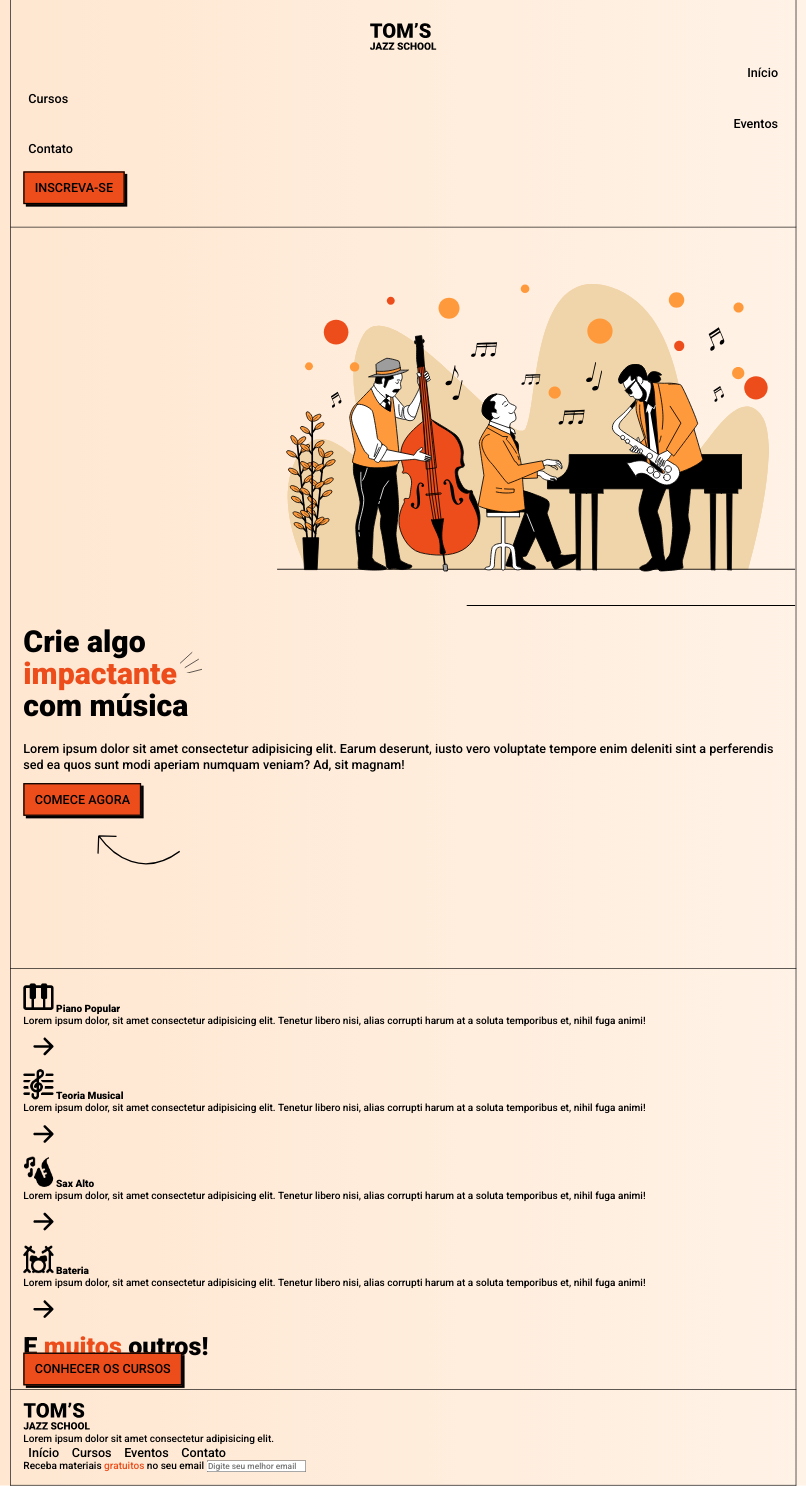
Repository: tenoriodasilva31/OBC-Music-School
Page: index.html
The author's editor kept a copy of each file at every save. The page is drawn from the files as they stood at one save, then again after the next save.
The browser window is 1280 px wide. The pictures show the whole page, at 63% of full size.

Above is the page before, as saved 2023-07-05 17:38:31.

### index.html
<!DOCTYPE html>
<html lang="pt-BR">
<head>
    <meta charset="UTF-8">
    <meta name="viewport" content="width=device-width, initial-scale=1.0">
    <title>Tom's Jazz School</title>

    <link rel="preconnect" href="https://fonts.googleapis.com">
    <link rel="preconnect" href="https://fonts.gstatic.com" crossorigin>

    <link rel="stylesheet" href="index.css">

    <link href="https://fonts.googleapis.com/css2?family=Roboto:wght@500;900&display=swap" rel="stylesheet">
</head>
<body>
    <header>
        <img src="./img/logo.svg" alt="Tom's School">
        <nav class="mt-1 nx-auto">
            <a href="#">Início</a>
            <a href="#">Cursos</a>
            <a href="#">Eventos</a>
            <a href="#">Contato</a>
        </nav>
        <button href="#" class="button mt-1 mb-1 nx-auto">Inscreva-se</button>
    </header>
    <main>
        <section class="hero-section">
            <img src="/img/hero-img.svg" alt="Banda de jazz se apresentando">
            <div>
                <h1 class="mt-2">Crie algo <span class="text-primary decoration">impactante</span> com música</h1>
                <p class="mt-2 mb-2">Lorem ipsum dolor sit amet consectetur adipisicing elit. Earum deserunt, iusto vero voluptate tempore enim deleniti sint a perferendis sed ea quos sunt modi aperiam numquam veniam? Ad, sit magnam!</p>
                <a href="#" class="button mt-1 mb-1 nx-auto">Comece agora</a>
            </div>
        </section>
        <section class="courses-section">
            <div class="cards">
            <article>

                <img src="/img/piano.png" alt="icone de teclas de piano">
                <strong>Piano Popular</strong>
                <p>Lorem ipsum dolor, sit amet consectetur adipisicing elit. Tenetur libero nisi, alias corrupti harum at a soluta temporibus et, nihil fuga animi!</p>
                <a href="#">
                    <img src="/img/arrow-right.svg" alt="Ir para página do curso">
                </a>
            </article>
            <article>
                <img src="/img/clef.png" alt="icone clave">
                <strong>Teoria Musical</strong>
                <p>Lorem ipsum dolor, sit amet consectetur adipisicing elit. Tenetur libero nisi, alias corrupti harum at a soluta temporibus et, nihil fuga animi!</p>
                <a href="#">
                    <img src="/img/arrow-right.svg" alt="Ir para página do curso">
                </a>
            </article>
            <article>
                <img src="/img/sax.png" alt="icone de teclas de piano">
                <strong>Sax Alto</strong>
                <p>Lorem ipsum dolor, sit amet consectetur adipisicing elit. Tenetur libero nisi, alias corrupti harum at a soluta temporibus et, nihil fuga animi!</p>
                <a href="#">
                    <img src="/img/arrow-right.svg" alt="Ir para página do curso">
                </a>
            </article>
            <article>
                <img src="/img/drums.png" alt="icone de teclas de piano">
                <strong>Bateria</strong>
                <p>Lorem ipsum dolor, sit amet consectetur adipisicing elit. Tenetur libero nisi, alias corrupti harum at a soluta temporibus et, nihil fuga animi!</p>
                <a href="#">
                    <img src="/img/arrow-right.svg" alt="Ir para página do curso">
                </a>
            </article>
            </div>
            <h2>E <span class="text-primary">muitos</span> outros!</h2>
            <a href="#" class="button">Conhecer os cursos</a>
        </section>
    </main>

    <footer>
        <div>
            <img src="/img/logo.svg" alt="Tom's School">
            <p>Lorem ipsum dolor sit amet consectetur adipisicing elit. </p>
        </div>
        <nav>
            <a href="#">Início</a>
            <a href="#">Cursos</a>
            <a href="#">Eventos</a>
            <a href="#">Contato</a>
        </nav>
        <form>
            <label for="email">Receba materiais <span class="text-primary">gratuitos</span> no seu email</label>
            <input type="text" name="email" id="email" placeholder="Digite seu melhor email">
        </form>
    </footer>
</body>
</html>

### index.css
* {
    box-sizing: border-box;
    font-family: 'Roboto', sans-serif;
    margin: 0;
    padding: 0;
}

:root {
    --color-primary: #ED4D1B;
    --color-secondary: #FF9a3c;
    --color-black: #000;
    --color-white: #FFF;
}

body {
    background: linear-gradient(90deg, #ffe7d1 0%, #FFF2e6 100%);
    padding: 0 1rem;
}

header,.hero-section, .courses-section, footer {
    border-color: var(--color-black);
    border-style: solid;
    border-width: 0 1px 1px 1px;
    padding: 1.25rem;
}

header img {
    display: block;
    margin: 1rem auto;
}

header nav {
    display: grid;
    grid-template-columns: 1fr, 1fr;
}

nav a {
    color: var(--color-black);
    font-size: 1.25rem;
    padding: .5rem;
    text-decoration: none;
}

header nav a:nth-child(2n-1) {
    text-align: right;
}

.button {
    background-color: var(--color-primary);
    border: 2px solid var(--color-black);
    box-shadow: 4px 4px 0 var(--color-black);
    color: var(--color-black);
    display: black;
    font-size: 1.25rem;
    padding: .75rem 1rem;
    max-width: 14rem;
    text-align: center;
    text-decoration: none;
    text-transform: uppercase;
}

.hero-section {
    padding-right: 0;
    padding-bottom: 16rem;

}

.hero-section img {
    display: block;
    margin: 1.25rem 0 0 auto;
    max-width: 100%;
}

h1 {
    font-size: 3rem;
    line-height: 105%;
}

h2 {
    font-size: 2.5rem;
}

.hero-section p {
    font-size: 1.25rem;
    padding-right: 1.25rem;
}

.hero-section .button {
    position: relative;

}

.hero-section .button::after {
    content: '';
    background: url("/img/arrow-curve.svg");
    position: absolute;
    top: 5rem;
    right: -4rem;
    height: 48px;
    width: 132px;
}

.decoration {
    display: block;
    position: relative;
}

.decoration::after {
    content: '';
    background: url(/img/three-dashes.svg);
    position: absolute;
    top: -0.75rem;
    height: 36px;
    width: 40px;
}

.mt-1 {
    margin-top: 1rem;
}

.mt-2 {
    margin-top: 2rem;
}

.mb-1 {
    margin-bottom: 1rem;
}

.mb-2 {
    margin-bottom: 2rem;
}

.mx-auto {
    margin-left: auto;
    margin-right: auto;
}

.text-primary {
    color: var(--color-primary);
}

.text-center {
    text-align: center;
}

After the next save:
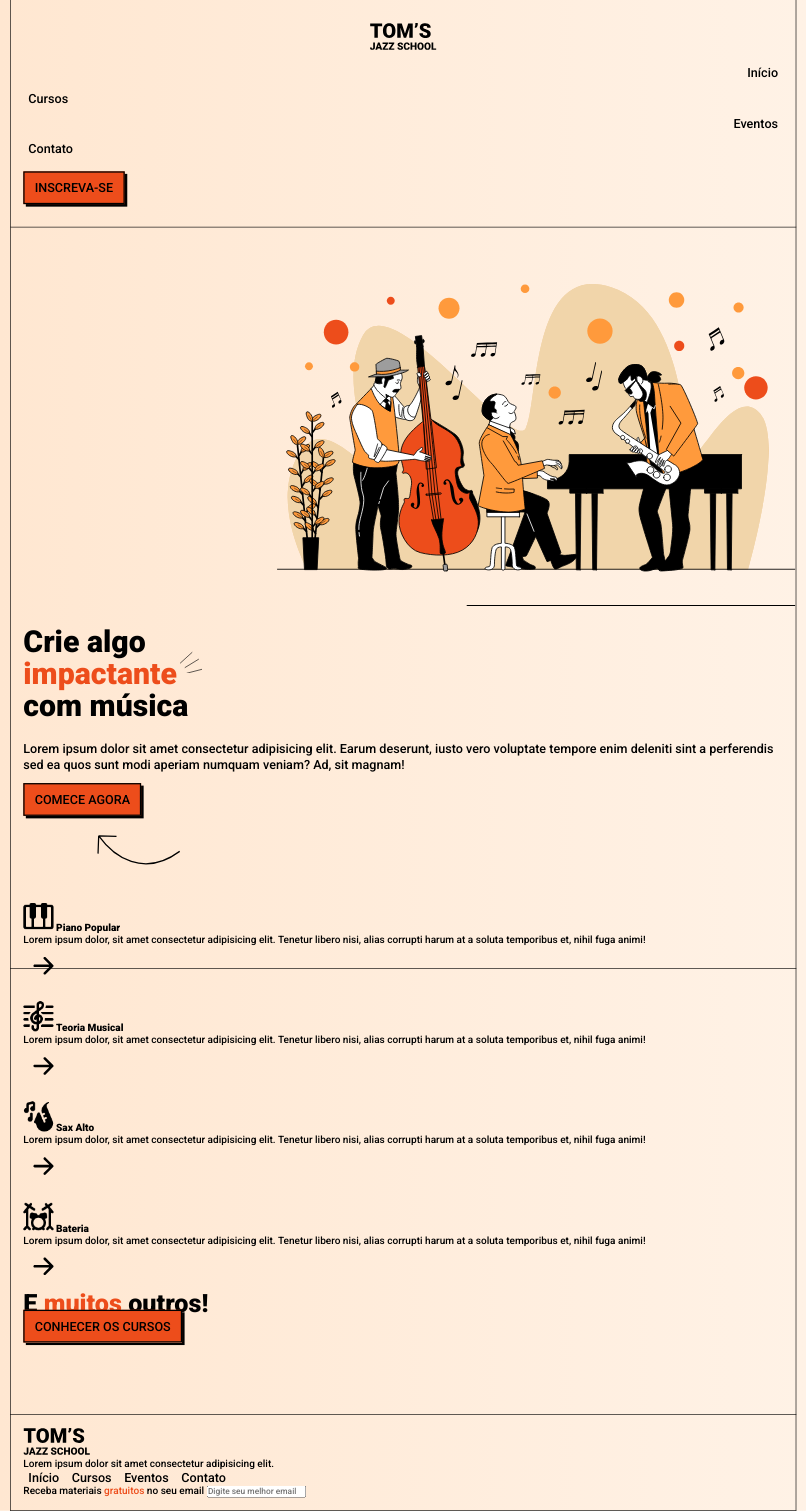
Saved 3 min 9 s later.
--- a/index.css
+++ b/index.css
@@ -114,6 +114,19 @@ h2 {
     width: 40px;
 }
 
+.courses-section {
+    padding-bottom: 8rem;
+
+}
+
+.cards {
+    display: flex;
+    flex-direction: column;
+    align-items: start;
+    gap: 1.25rem;
+    margin-top: -8rem;
+}
+
 .mt-1 {
     margin-top: 1rem;
 }
